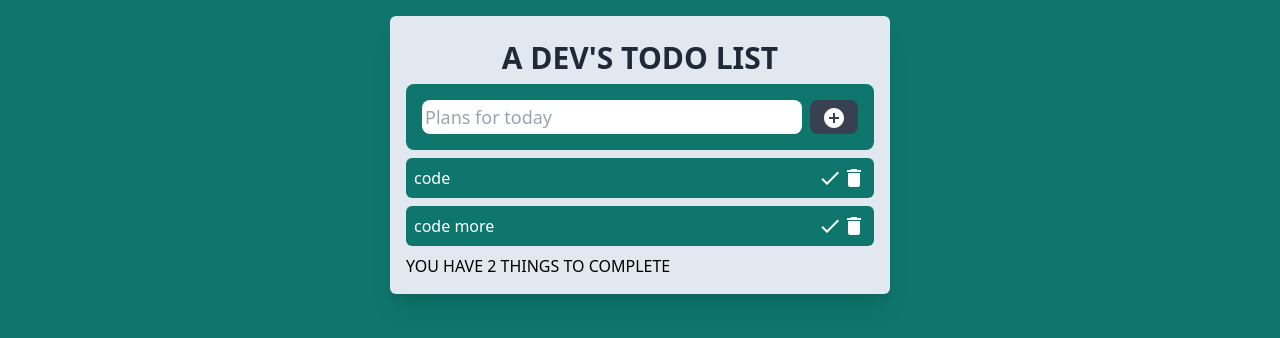
Repository: DevAntonioRogers/React-Todo-CRUD-App
Page: /
These files come from the project's save history. The page is drawn as it stood at one moment and after the next save; the edit follows.
The browser window is 1280 px wide. The pictures show the whole page.
The project was rebuilt for these pictures with package versions that can differ from the ones it lists, and the page was loaded fresh each time. Also part of the build but not shown: vite.config.ts.

Above is the page before, as saved 2023-05-14 19:54:05.

After the next save:
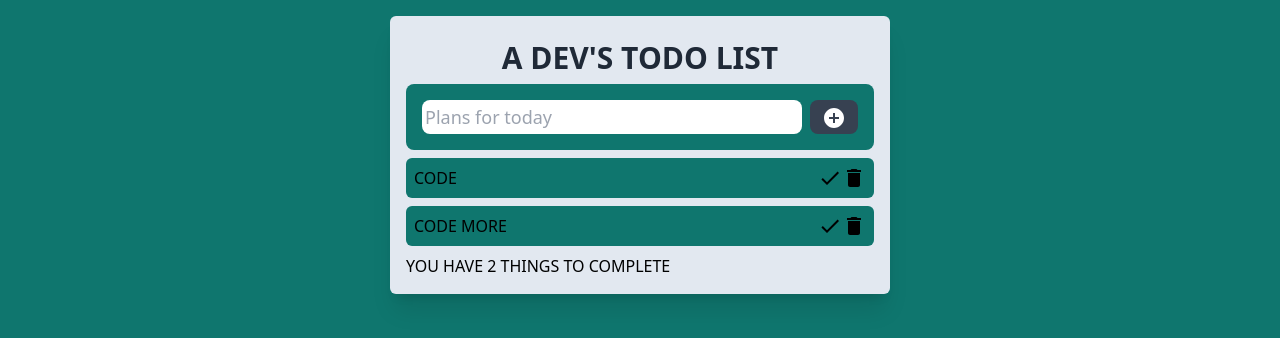
Saved 51 s later.
--- a/src/components/Todo.tsx
+++ b/src/components/Todo.tsx
@@ -7,10 +7,10 @@ interface TodoProps {
 
 const Todo = ({ todos }: TodoProps) => {
   return (
-    <li className="p-2 bg-teal-700 my-2 rounded-md text-white">
+    <li className="p-2 bg-teal-700 my-2 rounded-md uppercase">
       <div className="flex items-center justify-between">
         <p>{todos}</p>
-        <div className="flex">
+        <div className="flex ">
           <CheckIcon />
           <DeleteIcon />
         </div>
